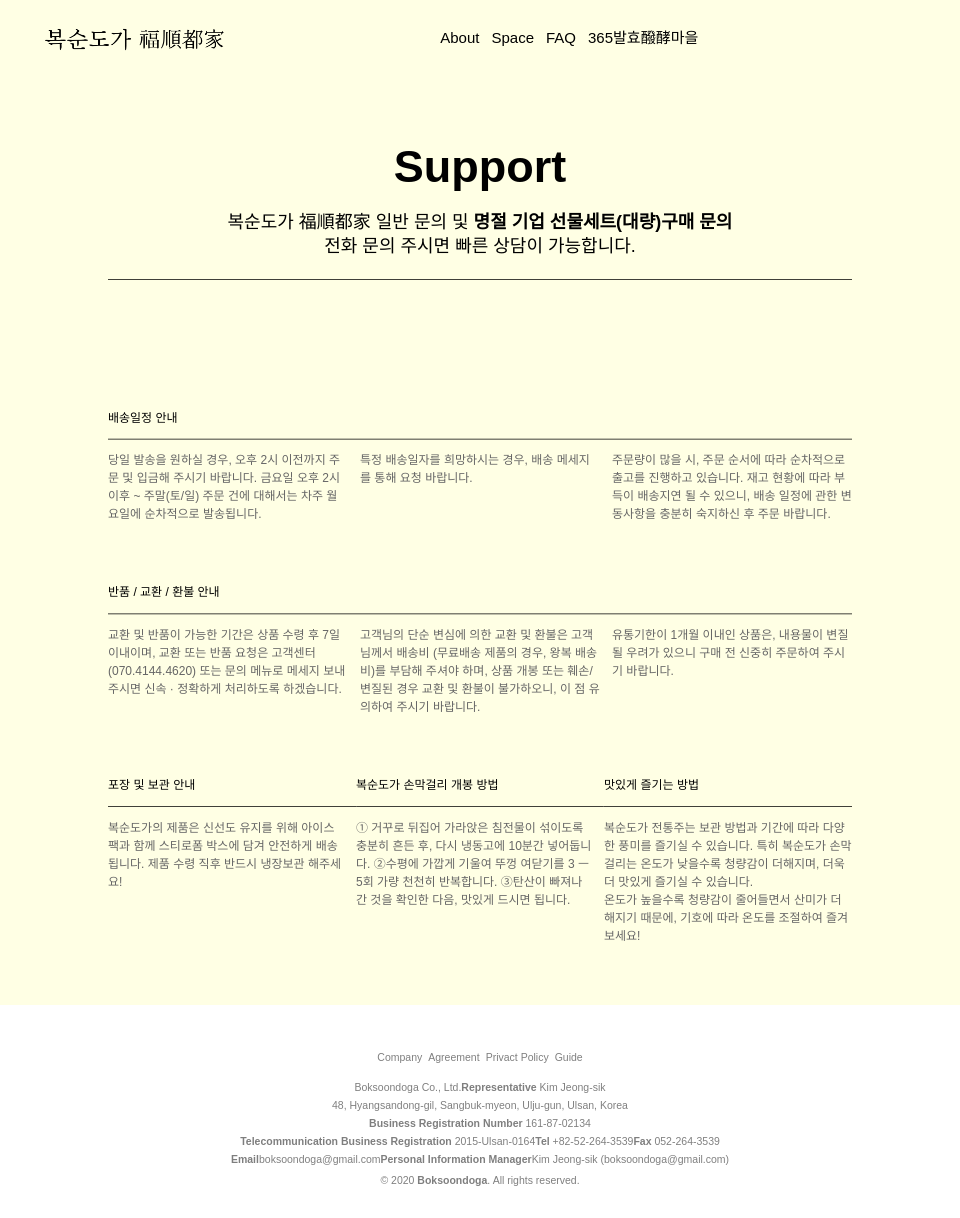
Repository: vertical-ai/boksoondoga-web-jp
Page: /faq
The author's editor kept a copy of each file at every save. The page is drawn from the files as they stood at one save, then again after the next save.
The browser window is 1280 px wide. The pictures show the whole page, at 75% of full size.
The project was rebuilt for these pictures with package versions that can differ from the ones it lists, and the page was loaded fresh each time. The framework's server and built-in components were replaced by stand-ins that run in the browser. Also part of the build but not shown: next.config.ts.

Above is the page before, as saved 2024-11-23 16:00:11.

After the next save:
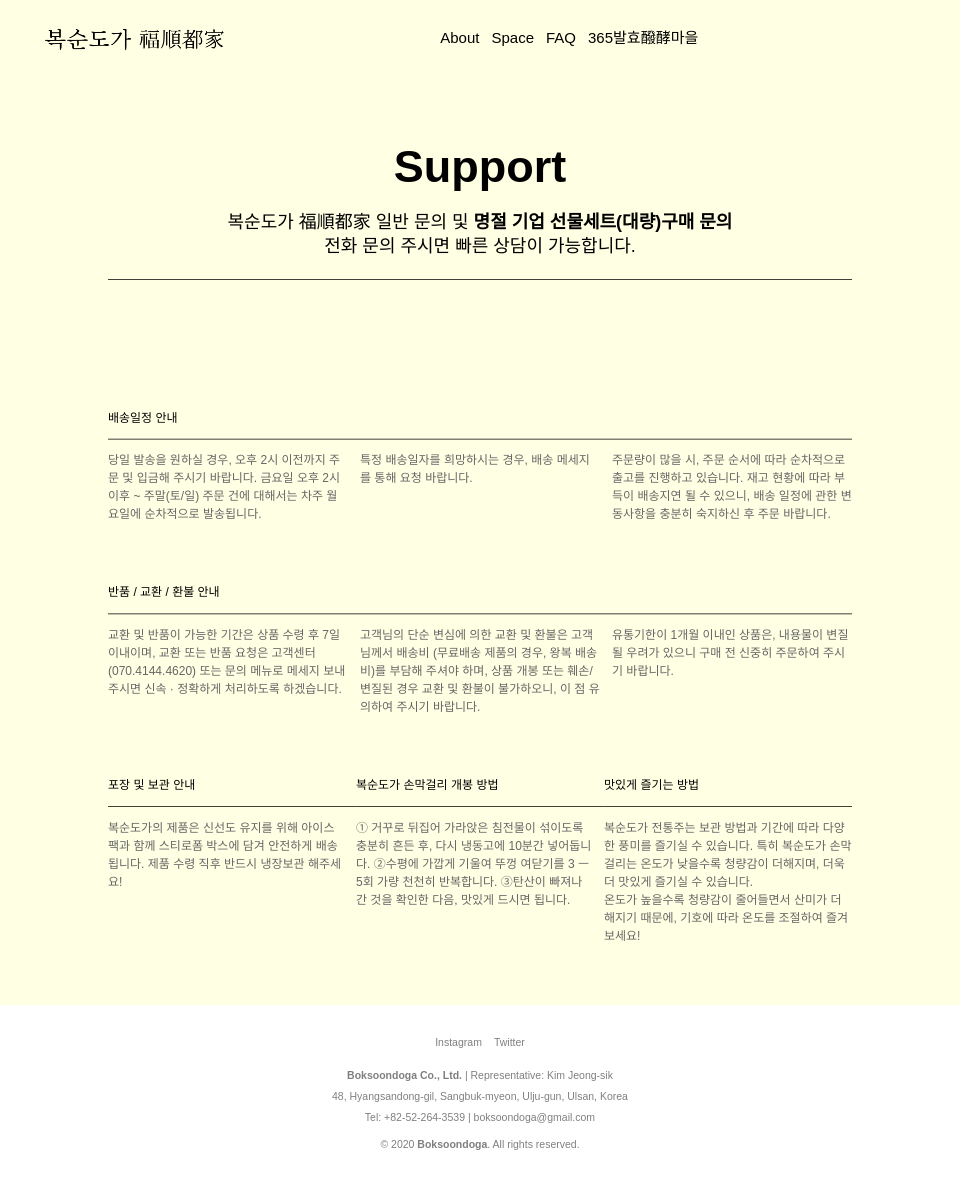
Saved 3 min 13 s later.
--- a/app/layout.tsx
+++ b/app/layout.tsx
@@ -4,8 +4,8 @@
 import Link            from "next/link";
 
 export const metadata: Metadata = {
-  title: "Create Next App",
-  description: "Generated by create next app",
+  title: "Boksoondoga",
+  description: "Traditional Korean Alcohol with Modern Sensibility",
 };
 
 export default function RootLayout({
@@ -19,74 +19,64 @@
       className={`overflow-y-scroll overflow-x-hidden h-full bg-white`}
     >
 
-    <div className="fixed left-0 top-0 w-screen px-[60px] py-[30px] box-border z-[100] flex">
+    <header className="fixed left-0 top-0 w-screen px-[60px] py-[30px] box-border z-[100] flex">
       <div className="header-logo">
-        <h1 className="xans-element- xans-layout xans-layout-logotop ">
-          <Link href="/">
-            <Image
-              src={"/images/logo.jpg"}
-              height={40}
-              width={238}
-              alt="Boksoondoga"/></Link>
-        </h1>
+        <Link href="/">
+          <Image
+            src={"/images/logo.jpg"}
+            height={40}
+            width={238}
+            alt="Boksoondoga"/></Link>
       </div>
-      <div className="flex gap-4 items-center mx-auto">
+      <nav className="flex gap-4 items-center mx-auto">
         <Link href={'/about'} className={'text-xl text-black'}>About</Link>
         <Link href={'/space'} className={'text-xl text-black'}>Space</Link>
         <Link href={'/faq'} className={'text-xl text-black'}>FAQ</Link>
         <Link href={'http://barhyo-village.com/'} className={'text-xl text-black'}>365발효醱酵마을</Link>
-      </div>
-    </div>
-    {children}
-    <div className={'flex py-10 text-black opacity-50 text-sm'}>
+      </nav>
+    </header>
+    <main>{children}</main>
+    <footer className="flex py-10 text-black opacity-50 text-sm">
       <div className="mx-auto items-center flex flex-col">
-        <div>
-          <ul>
-            <li><a href="https://www.instagram.com/boksoondoga/" target="_blank" title="인스타그램"
-                   className="instagram"></a></li>
-            <li><a href="https://smartstore.naver.com/boksoondoga" target="_blank" title="네이버" className="naver"></a>
-            </li>
-            <li><a href="https://pf.kakao.com/_xjxbxhtxl" target="_blank" title="카카오플러스친구" className="kakaoplus"></a>
-            </li>
-            <li><a href="http://twitter.com/boksoondoga" target="_blank" title="트위터" className="twitter"></a></li>
-          </ul>
+        <div className="flex gap-4 mb-6">
+          <a
+            href="https://www.instagram.com/boksoondoga/"
+            target="_blank"
+            rel="noopener noreferrer"
+            className="hover:opacity-75"
+          >
+            Instagram
+          </a>
+          <a
+            href="http://twitter.com/boksoondoga"
+            target="_blank"
+            rel="noopener noreferrer"
+            className="hover:opacity-75"
+          >
+            Twitter
+          </a>
         </div>
-        <div className='flex gap-2 my-5'>
-          <Link href="/company" className={'text-black  '}>Company</Link>
-          <Link href="/agreement.html" className={'text-black  '}>Agreement</Link>
-          <Link href="/privacy.html" className={'text-black '}>Privact Policy</Link>
-          <Link href="/guide.html" className={'text-black '}>Guide</Link>
-        </div>
-        <div className={'flex flex-col text-center gap-2'}>
-          <div className='flex flex-col gap-1'>
-            <div>
-              <span className="name">Boksoondoga Co., Ltd.</span>
-              <span><strong>Representative</strong> Kim Jeong-sik</span>
-            </div>
-            <span>48, Hyangsandong-gil, Sangbuk-myeon, Ulju-gun, Ulsan, Korea</span>
-            <span><strong>Business Registration Number</strong> 161-87-02134</span>
-            <div>
-
-           <span><strong>Telecommunication Business Registration</strong> 2015-Ulsan-0164</span>
-              <span><strong>Tel</strong> +82-52-264-3539</span>
-              <span><strong>Fax</strong> 052-264-3539</span>
-            </div>
-            <div>
-
-              <span className=""><strong>Email</strong><a
-                href="mailto:boksoondoga@gmail.com">boksoondoga@gmail.com</a></span>
-              <span className=""><strong>Personal Information Manager</strong><a
-                href="mailto:boksoondoga@gmail.com">Kim Jeong-sik (boksoondoga@gmail.com)</a></span></div>
+        <div className="flex flex-col text-center gap-2">
+          <div>
+            <span className="font-bold">Boksoondoga Co., Ltd.</span>
+            <span> | Representative: Kim Jeong-sik</span>
           </div>
-          <div className="copyright">© 2020 <strong>Boksoondoga</strong>. All rights reserved.</div>
-          {/* <br/><br/><a href="https://iniweb.inicis.com/popup/common/popup_escrow_notice.jsp?mid=ECAboks58b"
-                       target="_blank"><img
-          src="https://cafe24.poxo.com/ec01/boksoondoga/EjglQcnyYl9oLKpqUS6wZqtFhens0mdFm0IkD7i0ZZvOpcYGgStAmfKXXiXsrOYPtaPmFrVfWK+mjSrv6zq0qA==/_/img/escrow_218x50_gray.png"
-          width="218" height="50" className='cursor-pointer border-0'/></a>
-          <br/> */}
+          <address className="not-italic">
+            48, Hyangsandong-gil, Sangbuk-myeon, Ulju-gun, Ulsan, Korea
+          </address>
+          <div>
+            <span>Tel: +82-52-264-3539</span>
+            <span> | </span>
+            <a href="mailto:boksoondoga@gmail.com" className="hover:underline">
+              boksoondoga@gmail.com
+            </a>
+          </div>
+          <div className="mt-2">
+            © 2020 <strong>Boksoondoga</strong>. All rights reserved.
+          </div>
         </div>
       </div>
-    </div>
+    </footer>
     </body>
     </html>
   );
